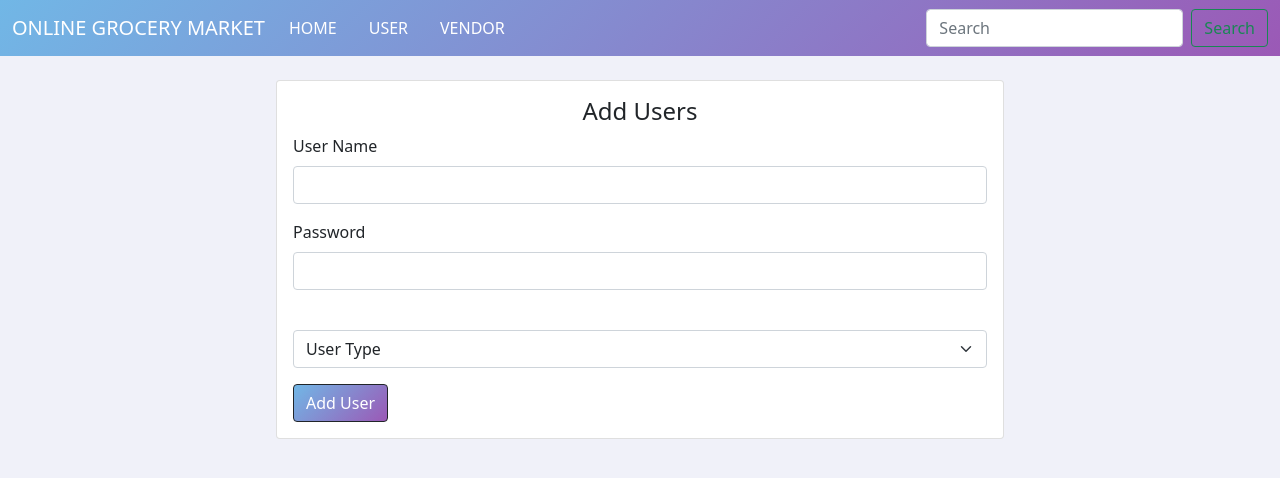
Repository: Akshayjoshy/MY-PROJECTS
Page: http://localhost/Koottam/WEB-INF/jsp/AddUser.jsp
These files come from the project's save history. The page is drawn as it stood at one moment and after the next save; the edit follows.
The browser window is 1280 px wide. The pictures show the whole page.
The page is served by Tomcat 9. Nobody is signed in. The template is opened directly, without the code that normally fills it, so the values that code supplies are empty.

Above is the page before, as saved 2023-01-24 17:54:34.

After the next save:
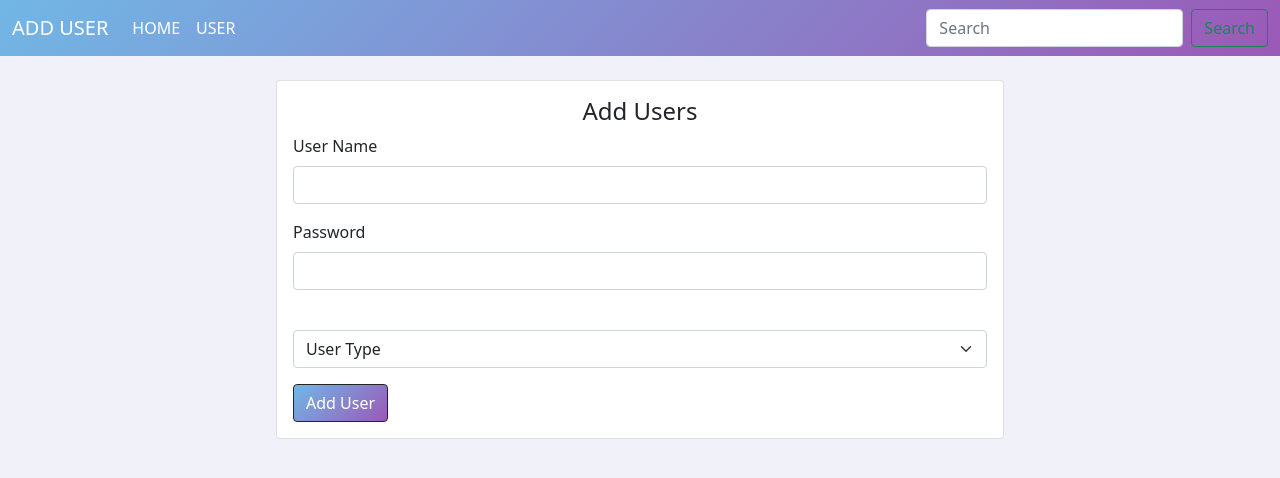
Saved 2 min 44 s later.
--- a/Koottam/Koottam/src/main/webapp/WEB-INF/jsp/AddUser.jsp
+++ b/Koottam/Koottam/src/main/webapp/WEB-INF/jsp/AddUser.jsp
@@ -14,7 +14,7 @@
 <body style="background-color: #f0f1f9;">
 	<nav class="navbar navbar-expand-lg navbar-dark bg-dark" style="background: linear-gradient(135deg, #71b7e6, #9b59b6);">
 		<div class="container-fluid">
-			<a class="navbar-brand" href="#">ONLINE GROCERY MARKET</a>
+			<a class="navbar-brand" href="#">ADD USER</a>
 			<button class="navbar-toggler" type="button"
 				data-bs-toggle="collapse" data-bs-target="#navbarSupportedContent"
 				aria-controls="navbarSupportedContent" aria-expanded="false"
@@ -25,13 +25,9 @@
 				<ul class="navbar-nav me-auto mb-2 mb-lg-0">
 					<li class="nav-item"><a class="nav-link active"
 						aria-current="page" href="/home">HOME</a></li>
-					<li class="nav-item"><a class="nav-link" href="#"></a></li>
+
 					<li class="nav-item"><a class="nav-link active"
 						aria-current="page" href="/getAllUsers">USER</a></li>
-					<li class="nav-item"><a class="nav-link" href="#"></a></li>
-					<li class="nav-item"><a class="nav-link active"
-						aria-current="page" href="/vendors">VENDOR</a></li>
-					<li class="nav-item"><a class="nav-link" href="#"></a></li>
 				</ul>
 				<form class="d-flex">
 					<input class="form-control me-2" type="search" placeholder="Search"
